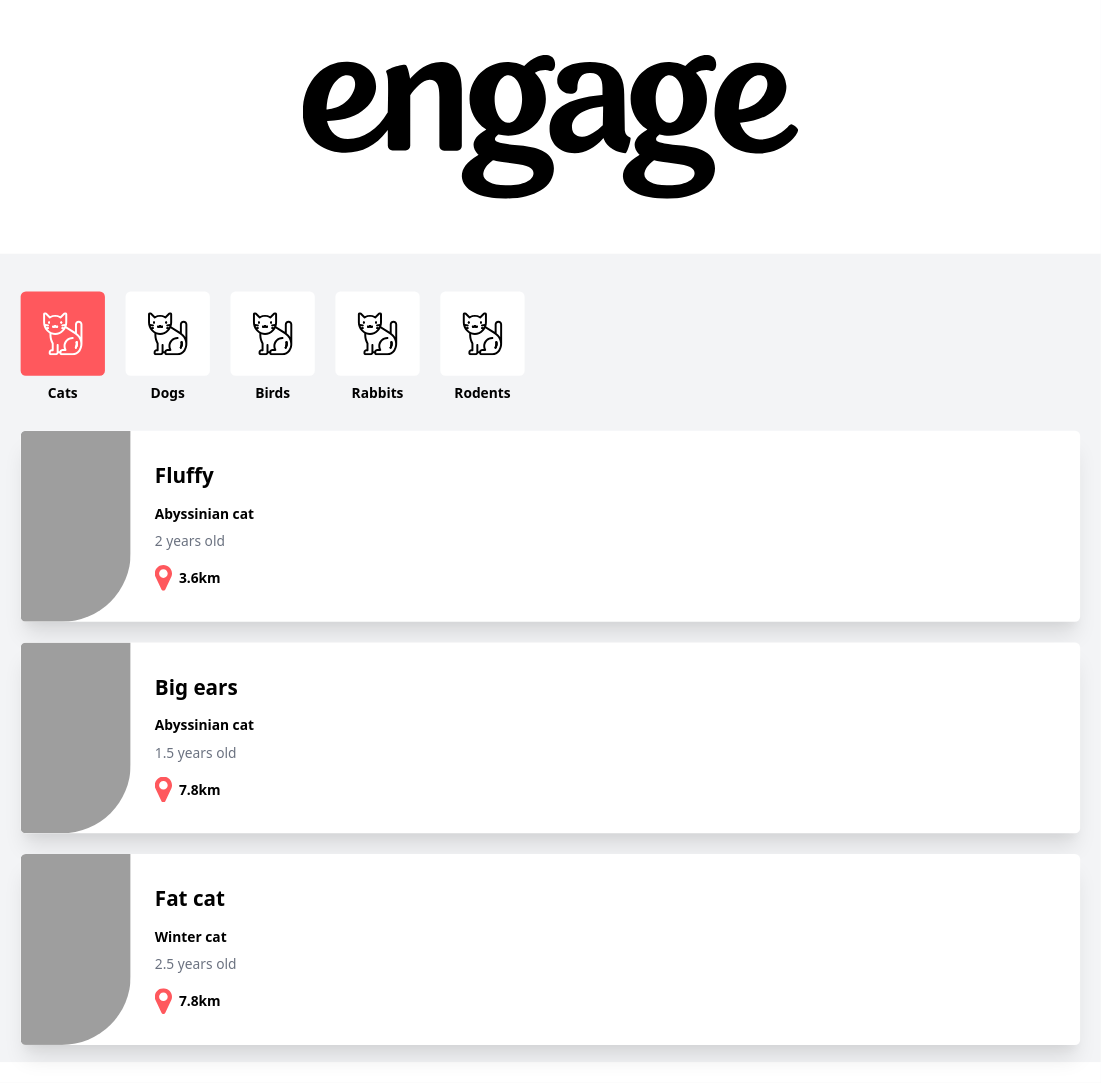
Repository: DaveBaulch/engage-tech-test
Page: /
The author's editor kept a copy of each file at every save. The page is drawn from the files as they stood at one save, then again after a run of saves.
The browser window is 1280 px wide. The pictures show the whole page, at 86% of full size.
Pictures or frames that could not be fetched are drawn as grey boxes. The project was rebuilt for these pictures with package versions that can differ from the ones it lists, and the page was loaded fresh each time. Also part of the build but not shown: src/store/index.js.

Above is the page before, as saved 2021-05-26 09:33:10.

### src/main.js
import Vue from "vue";
import App from "./App.vue";
import router from "./router";
import store from "./store";
import "./tailwind.css";
import VueMeta from "vue-meta";
import gsap from "gsap";

Vue.config.productionTip = false;
Vue.use(VueMeta);

const animationIsOkay = window.matchMedia(
  "(prefers-reduced-motion:no-preference)"
).matches;

if (animationIsOkay) {
  // setup types
  const setups = {
    hide: {
      opacity: 0,
    },
  };
  setups.hideLeft = { ...setups.hide, x: -40 };
  setups.hideRight = { ...setups.hide, x: 40 };
  setups.hideUp = { ...setups.hide, y: -40 };
  setups.hideDown = { ...setups.hide, y: 40 };
  setups.hideDownFar = { ...setups.hide, y: 100 };

  // animation types
  const animations = {
    appear: {
      duration: 0.6,
      opacity: 1,
      delay: 0,
      x: 0,
      y: 0,
    },
  };
  animations.appearLong = { ...animations.appear, duration: 0.9 };
  animations.appearLongDelay = { ...animations.appearLong, delay: 0.6 };
  animations.appearShort = { ...animations.appear, duration: 0.3 };
  animations.appearShortDelay = { ...animations.appear, delay: 0.3 };
  animations.appearDelay = { ...animations.appear, delay: 0.6 };

  /**
   * v-animate directive
   * v-animate:appear
   * v-animate="{duration: 1, opacity: 1}"
   * v-animate:appear="{duration: 0.2}"
   * v-animate:appear.hide
   * v-animate.hide="{duration: 1, opacity: 1}"
   * v-animate:appear.hide="{duration: 0.2}"
   */

  Vue.directive("animate", {
    // apply setups
    bind(el, binding) {
      let setup = Object.keys(binding.modifiers);
      if (!setup.length) {
        // check for dynamic modifier
        setup = binding.arg.split(".").slice(1);
        setup = binding.arg;
      }
      if (setup.length) {
        setup.forEach((setup) => {
          gsap.set(el, setups[setup]);
        });
      }
    },

    // apply animation
    inserted(el, binding) {
      if (!binding.arg && !binding.value) {
        return; // there is no animation, only a setup
      }

      // remove any dynamic modifiers from the arg
      let arg;
      if (binding.arg) {
        [arg] = binding.arg.split(".");
      }

      // get the animation data from the argument or the value if set
      let animation = arg ? { ...animations[arg] } : binding.value;

      // override default options of animation when both argument and value exist
      if (arg && binding.value) {
        animation = { ...animation, ...binding.value };
      }

      // run gsap on element with animation data
      if (el.nodeName === "IMG" && !el.complete) {
        el.addEventListener("load", () => gsap.to(el, animation));
      } else {
        gsap.to(el, animation);
      }
    },
  });
}

new Vue({
  router,
  store,
  created() {
    const html = document.documentElement; // returns the html tag
    html.setAttribute("lang", "en");
  },
  render: (h) => h(App),
}).$mount("#app");

### src/App.vue
<template>
  <div id="app">
    <transition name="slide" mode="out-in">
      <router-view></router-view>
    </transition>
  </div>
</template>

<script>
export default {
  name: "App",
};
</script>

<style>
.slide-enter-active {
  animation: slide-in 200ms ease-out forwards;
}

.slide-leave-active {
  animation: slide-out 200ms ease-out forwards;
}

@keyframes slide-in {
  from {
    opacity: 0;
    transform: translateY(-30px);
  }
  to {
    opacity: 1;
    transform: translateY(0);
  }
}

@keyframes slide-out {
  from {
    opacity: 1;
    transform: translateY(0);
  }
  to {
    opacity: 0;
    transform: translateY(-30px);
  }
}

/* If animations are reduced at the OS level, use simpler transitions */
@media screen and (prefers-reduced-motion: reduce) {
  .slide-enter-active,
  .slide-leave-active {
    animation: none !important;
  }
}
</style>

### src/router/index.js
import Vue from 'vue';
import VueRouter from 'vue-router';
import Index from '../views/Index.vue';

Vue.use(VueRouter);

const routes = [
  {
    path: '/index/:categoryId',
    name: 'index',
    component: Index
  },
  {
    path: '/detail/:itemId',
    name: 'detail',
    // route level code-splitting
    // this generates a separate chunk (about.[hash].js) for this route
    // which is lazy-loaded when the route is visited.
    component: () =>
      import(/* webpackChunkName: "about" */ '../views/Detail.vue')
  },
  {
    path: '/enquire/:itemId',
    name: 'enquire',
    component: () =>
      import(/* webpackChunkName: "about" */ '../views/Enquire.vue')
  },
  { path: '*', redirect: '/index/cats' }
];

const router = new VueRouter({
  mode: 'history',
  base: process.env.BASE_URL,
  routes
});

export default router;

### src/views/Index.vue
<template>
  <div>
    <TheHeader />
    <main class="bg-gray-100" role="main">
      <TheNavigation />
      <TheItemList />
    </main>
  </div>
</template>

<script>
// @ is an alias to /src
import TheHeader from "@/components/global/TheHeader.vue";
import TheNavigation from "@/components/global/TheNavigation.vue";
import TheItemList from "@/components/ItemList.vue";

export default {
  name: "Home",
  components: {
    TheHeader,
    TheNavigation,
    TheItemList,
  },
  metaInfo() {
    return {
      title: "Index",
    };
  },
};
</script>

### src/components/global/TheHeader.vue
<template>
  <header class="p-16">
    <h1>
      <TheLogo
        width="50%"
        class="flex justify-center motion-reduce:transition-none"
        v-animate:appearShortDelay.hideUp
      />
    </h1>
  </header>
</template>

<script>
import TheLogo from "@/components/global/TheLogo";

export default {
  name: "TheHeader",
  components: {
    TheLogo,
  },
};
</script>

### src/components/global/TheNavigation.vue
<template>
  <nav aria-label="Categories">
    <ul class="flex items-start p-6 overflow-x-scroll mr-6" role="list">
      <TheNavigationItem
        v-for="item in navData"
        :itemData="item"
        :key="item.id"
      >
        <component :is="item.icon" width="50" height="50"></component>
      </TheNavigationItem>
    </ul>
  </nav>
</template>

<script>
import TheNavigationItem from "@/components/global/NavigationItem";
import IconCat from "@/assets/icon-cat";
import gsap from "gsap";

export default {
  name: "TheNavigation",
  components: {
    TheNavigationItem,
    IconCat,
  },
  computed: {
    navData() {
      return this.$store.getters["getCategorys"];
    },
  },
  mounted() {
    const animationIsOkay = window.matchMedia(
      "(prefers-reduced-motion:no-preference)"
    ).matches;

    if (animationIsOkay) {
      gsap.fromTo(
        ".nav-item",
        {
          y: 0,
          opacity: 0,
        },
        {
          y: 20,
          opacity: 1,
          duration: 0.5,
          stagger: {
            each: 0.25,
          },
        }
      );
    }
  },
};
</script>

### src/components/ItemList.vue
<template>
  <nav aria-live="polite" aria-label="Category items">
    <ul class="m-6 pt-6" role="list">
      <ItemListItem
        v-for="item in categoryItems"
        :itemData="item"
        :key="item.id"
        motion-reduce:transition-none
        motion-reduce:transform-none
      />
    </ul>
  </nav>
</template>

<script>
import ItemListItem from "@/components/ItemListItem";
import gsap from "gsap";

export default {
  name: "ItemList",
  components: {
    ItemListItem,
  },
  computed: {
    categoryItems() {
      return this.$store.getters.getCategoryItems(
        this.$route.params.categoryId
      );
    },
  },
  methods: {
    forceRerender() {
      const animationIsOkay = window.matchMedia(
        "(prefers-reduced-motion:no-preference)"
      ).matches;

      if (animationIsOkay) {
        gsap.fromTo(
          ".list-item",
          {
            y: 0,
            opacity: 0,
          },
          {
            y: -20,
            opacity: 1,
            duration: 1,
            stagger: {
              each: 0.5,
            },
          }
        );
      }
    },
  },
  mounted() {
    this.forceRerender();
  },
  updated() {
    this.forceRerender();
  },
};
</script>

### src/components/ui/BasePin.vue
<template>
  <div class="flex items-center mt-4">
    <img :src="pin" alt="" role="presentation" width="20" />
    <p v-html="location" class="font-semibold ml-2" />
  </div>
</template>

<script>
import mapPin from "@/assets/icon-map-pin.svg";

export default {
  name: "BasePin",
  props: {
    location: {
      type: String,
      default: "",
      required: true,
    },
  },
  data() {
    return {
      pin: mapPin,
    };
  },
};
</script>

### src/components/global/TheLogo.vue
<template>
  <router-link to="/"
    ><img :src="logo" :alt="alt" :width="width"
  /></router-link>
</template>

<script>
import logo from '@/assets/logo.svg';

export default {
  name: 'TheLogo',
  props: {
    src: {
      type: String,
      default: logo,
      required: false
    },
    alt: {
      type: String,
      default: 'Engage',
      required: false
    },
    width: {
      type: String,
      default: '100%',
      required: false
    }
  },

  data() {
    return {
      logo: this.src || logo
    };
  }
};
</script>

### src/components/global/NavigationItem.vue
<template>
  <li class="nav-item mr-6">
    <router-link
      :to="{ name: 'index', params: { categoryId: itemData.categoryId } }"
    >
      <div class="flex flex-col bg-white p-6 mb-2 rounded-md">
        <slot></slot>
      </div>
      <span class="flex justify-center font-semibold">
        {{ itemData.title }}
      </span>
    </router-link>
  </li>
</template>

<script>
export default {
  name: "NavigationItem",

  props: {
    itemData: {
      type: Object,
      required: true,
    },
  },
};
</script>

<style>
.router-link-active div {
  background-color: #ff585d;
}

.router-link-active svg {
  fill: #ffffff !important;
}
</style>

### src/assets/icon-cat.vue
<template>
  <svg
    xmlns="http://www.w3.org/2000/svg"
    viewBox="0 0 512 512"
    width="50px"
    height="50px"
  >
    <circle cx="93.001" cy="122.066" r="11.429" />

    <path
      d="M199.706,166.954c-2.863-5.06-9.291-6.825-14.339-3.95c-1.017,0.573-2.676,1.18-4.78,0.736
			c-2.384-0.503-4.347-2.255-5.095-4.569l-0.012,0.012c-1.017-3.085-3.412-5.656-6.72-6.743c-5.528-1.8-11.465,1.215-13.264,6.731
			c-0.76,2.314-2.711,4.067-5.107,4.569c-2.092,0.444-3.751-0.164-4.78-0.736c-5.049-2.875-11.464-1.11-14.339,3.95
			c-2.863,5.049-1.099,11.465,3.95,14.339c4.219,2.396,8.964,3.635,13.755,3.635c1.905,0,3.833-0.199,5.738-0.596
			c3.95-0.83,7.608-2.513,10.763-4.838c3.167,2.326,6.837,4.008,10.798,4.838c1.893,0.397,3.822,0.596,5.738,0.596
			c4.78,0,9.525-1.239,13.743-3.635C200.805,178.419,202.581,172.003,199.706,166.954z"
    />

    <circle cx="237.985" cy="122.066" r="11.429" />

    <path
      d="M423.791,344.933c-0.729-0.191-1.481-0.313-2.246-0.359c-1.147-0.069-2.324,0.031-3.499,0.32
				c-6.264,1.543-10.097,7.877-8.555,14.141c4.85,19.657,1.858,40.12-8.414,57.603c-3.272,5.563-1.414,12.727,4.16,15.987
				c1.858,1.099,3.892,1.613,5.902,1.613c4.008,0,7.912-2.057,10.086-5.761c1.254-2.135,2.426-4.305,3.513-6.504
				c1.087-2.199,2.09-4.429,3.009-6.684c0.612-1.503,1.187-3.018,1.724-4.544c2.417-6.864,4.068-13.936,4.939-21.109
				c0.097-0.797,0.184-1.595,0.261-2.394c0.155-1.599,0.271-3.201,0.349-4.807c0.155-3.212,0.155-6.436-0.002-9.664
				c-0.078-1.614-0.196-3.228-0.353-4.842c-0.235-2.421-0.559-4.841-0.972-7.255c-0.275-1.61-0.59-3.217-0.945-4.821
				c-0.177-0.802-0.365-1.603-0.562-2.403c-0.328-1.332-0.883-2.545-1.598-3.629c-0.336-0.509-0.698-0.996-1.104-1.441
				c-0.254-0.279-0.521-0.544-0.799-0.796c-0.445-0.402-0.926-0.758-1.425-1.087C426.199,345.795,425.031,345.258,423.791,344.933z"
    />
    <path
      d="M490.036,373.97c0.012-0.222,0.035-0.456,0.035-0.69V145.848c0-11.862-4.616-23.011-12.995-31.367
				c-8.391-8.368-19.517-12.984-31.355-12.984c-24.46,0-44.351,19.891-44.351,44.351v88.432L300.106,170.32
				c5.843-16.455,8.952-33.739,8.952-50.965V24.273C309.058,10.892,298.166,0,284.785,0c-6.159,0-12.037,2.314-16.536,6.509
				c-0.105,0.094-0.199,0.187-0.304,0.292l-41.405,41.406c-18.605-10.436-39.512-15.917-61.051-15.917
				c-21.538,0-42.457,5.481-61.051,15.917L63.032,6.802c-0.105-0.105-0.199-0.199-0.304-0.292C58.229,2.314,52.351,0,46.192,0
				C32.811,0,21.919,10.892,21.919,24.273v95.082c0,38.133,15.204,76.617,41.698,105.588c10.506,11.488,22.251,21.001,34.861,28.398
				c-0.619,7.573-0.83,15.263-0.619,22.952c0.923,34.452,10.202,68.331,26.821,98.296v66.368h-0.444
				c-19.587,0-35.527,15.929-35.527,35.515v13.077c0,12.376,10.074,22.45,22.438,22.45h60.49c15.228,0,28.223-9.77,33.05-23.373
				h12.224v0.257c0,12.738,10.366,23.116,23.104,23.116h133.648c34.522,0,67.315-16.653,87.696-44.526
				c0.012,0,0.012-0.012,0.012-0.012c2.185-2.968,4.254-6.124,6.159-9.396c0.035-0.047,0.058-0.093,0.094-0.14
				c0.07-0.128,0.152-0.257,0.234-0.397C483.596,431.293,490.725,402.415,490.036,373.97z M80.854,209.166
				c-2.419-2.653-4.721-5.399-6.918-8.227l8.449-0.713c6.428-0.549,11.207-6.206,10.658-12.633
				c-0.538-6.439-6.194-11.207-12.633-10.658l-20.603,1.741c-2.115-4.16-3.997-8.426-5.668-12.762l25.734,3.412
				c0.514,0.07,1.028,0.093,1.543,0.093c5.773,0,10.798-4.266,11.57-10.144c0.853-6.404-3.646-12.283-10.05-13.124l-35.656-4.733
				c-1.297-7.304-1.987-14.69-1.987-22.064V24.273c0-0.491,0.409-0.9,0.9-0.9c0.082,0,0.304,0,0.538,0.175l47.693,47.705
				c3.95,3.938,10.121,4.546,14.76,1.449c16.688-11.149,36.158-17.039,56.306-17.039c20.136,0,39.617,5.89,56.306,17.039
				c4.64,3.097,10.81,2.489,14.76-1.449l47.693-47.705c0.234-0.175,0.456-0.175,0.538-0.175c0.491,0,0.9,0.409,0.9,0.9v95.082
				c0,7.374-0.678,14.76-1.987,22.064l-35.667,4.733c-6.393,0.841-10.892,6.72-10.05,13.124c0.783,5.878,5.797,10.144,11.57,10.144
				c0.514,0,1.028-0.035,1.554-0.094l25.734-3.412c-1.659,4.336-3.553,8.601-5.668,12.762l-20.615-1.741
				c-6.439-0.549-12.084,4.219-12.633,10.658c-0.538,6.428,4.231,12.084,10.658,12.633l8.461,0.713
				c-2.197,2.828-4.499,5.574-6.918,8.227c-23.174,25.325-53.232,39.267-84.634,39.267S104.029,234.491,80.854,209.166z
				 M447.871,445.41l-5.539,8.484c-16.022,21.749-41.674,34.732-68.67,34.732H240.282V475c0-7.514,6.1-13.627,13.615-13.627h34.581
				c4.125,0,7.935-2.174,10.05-5.726c2.104-3.541,2.185-7.935,0.21-11.558c-6.766-12.411-10.343-26.505-10.343-40.739
				c0-47.027,38.25-85.277,85.265-85.277c6.451,0,11.687-5.236,11.687-11.687c0-6.463-5.236-11.687-11.687-11.687
				c-59.905,0-108.638,48.733-108.638,108.65c0,11.803,1.928,23.525,5.656,34.651h-16.782c-17.027,0-31.39,11.57-35.679,27.253
				h-11.523v-74.712c0-6.463-5.236-11.687-11.687-11.687c-6.463,0-11.687,5.224-11.687,11.687v86.399
				c0,6.439-5.247,11.687-11.687,11.687h-59.555v-12.154c0-6.696,5.458-12.142,12.154-12.142h12.131
				c6.451,0,11.687-5.236,11.687-11.687v-77.949c0.631-2.781,0.269-5.797-1.274-8.461c-15.87-27.405-24.705-58.725-25.547-90.571
				c-0.105-3.88-0.082-7.76,0.047-11.616c14.164,5.107,29.041,7.76,44.21,7.76c38.051,0,74.221-16.642,101.872-46.863
				c9.151-10.004,16.946-21.129,23.233-32.991l110.8,69.979C465.05,302.109,485.431,382.677,447.871,445.41z M466.698,295.413
				L466.698,295.413c-10.6-17.284-24.67-32.898-41.955-45.765v-103.8c0-11.57,9.408-20.977,20.977-20.977
				c5.598,0,10.868,2.185,14.842,6.147c3.95,3.95,6.135,9.221,6.135,14.83V295.413z"
    />

    <circle cx="93.001" cy="122.066" r="11.429" />

    <path
      d="M199.706,166.954c-2.863-5.06-9.291-6.825-14.339-3.95c-1.017,0.573-2.676,1.18-4.78,0.736
			c-2.384-0.503-4.347-2.256-5.095-4.569l-0.012,0.012c-1.017-3.085-3.412-5.656-6.72-6.743c-5.528-1.8-11.465,1.215-13.264,6.732
			c-0.76,2.314-2.711,4.067-5.107,4.569c-2.092,0.444-3.751-0.164-4.78-0.736c-5.049-2.875-11.464-1.11-14.339,3.95
			c-2.863,5.049-1.099,11.465,3.95,14.339c4.219,2.396,8.964,3.635,13.755,3.635c1.905,0,3.833-0.199,5.738-0.596
			c3.95-0.83,7.608-2.513,10.763-4.838c3.167,2.326,6.837,4.008,10.798,4.838c1.893,0.397,3.822,0.596,5.738,0.596
			c4.78,0,9.525-1.239,13.743-3.635C200.805,178.419,202.581,172.003,199.706,166.954z"
    />

    <circle cx="237.985" cy="122.066" r="11.429" />

    <path
      d="M432.187,353.448c-1.543-6.264-7.877-10.097-14.141-8.555c-6.264,1.543-10.097,7.877-8.555,14.141
			c4.85,19.657,1.858,40.12-8.414,57.603c-3.272,5.563-1.414,12.727,4.16,15.987c1.858,1.099,3.892,1.613,5.902,1.613
			c4.008,0,7.912-2.057,10.086-5.761C434.606,405.699,438.498,379.054,432.187,353.448z"
    />

    <circle cx="93.001" cy="122.066" r="11.429" />

    <circle cx="237.985" cy="122.066" r="11.429" />

    <path
      d="M199.706,166.954c-2.863-5.06-9.291-6.825-14.339-3.95c-1.017,0.573-2.676,1.18-4.78,0.736
			c-2.384-0.503-4.347-2.256-5.095-4.569l-0.012,0.012c-1.017-3.085-3.412-5.656-6.72-6.743c-5.528-1.8-11.465,1.215-13.264,6.732
			c-0.76,2.314-2.711,4.067-5.107,4.569c-2.092,0.444-3.751-0.164-4.78-0.736c-5.049-2.875-11.464-1.11-14.339,3.95
			c-2.863,5.049-1.099,11.465,3.95,14.339c4.219,2.396,8.964,3.635,13.755,3.635c1.905,0,3.833-0.199,5.738-0.596
			c3.95-0.83,7.608-2.513,10.763-4.838c3.167,2.326,6.837,4.008,10.798,4.838c1.893,0.397,3.822,0.596,5.738,0.596
			c4.78,0,9.525-1.239,13.743-3.635C200.805,178.419,202.581,172.003,199.706,166.954z"
    />

    <path
      d="M432.187,353.448c-1.543-6.264-7.877-10.097-14.141-8.555c-6.264,1.543-10.097,7.877-8.555,14.141
			c4.85,19.657,1.858,40.12-8.414,57.603c-3.272,5.563-1.414,12.727,4.16,15.987c1.858,1.099,3.892,1.613,5.902,1.613
			c4.008,0,7.912-2.057,10.086-5.761C434.606,405.699,438.498,379.054,432.187,353.448z"
    />
  </svg>
</template>

### src/components/ItemListItem.vue
<template>
  <li class="mb-6">
    <router-link
      :to="{ name: 'detail', params: { itemId: itemData.id } }"
      class="list-item"
    >
      <article class="flex bg-white rounded-md shadow-xl">
        <div
          class="
            overflow-hidden
            rounded-tl-md rounded-bl-md rounded-br-md rounded-br-card
            w-32
          "
        >
          <img
            :src="itemData.image"
            :alt="itemData.name"
            class="object-cover h-full"
          />
        </div>
        <div class="p-7 flex-1">
          <dl>
            <dt>
              <h2 class="text-2xl font-bold mt-2">{{ itemData.name }}</h2>
            </dt>
            <dd class="text-l font-semibold mt-4">
              <p v-html="itemData.type" />
            </dd>
            <dd class="mt-2">
              <p class="text-gray-500" v-html="itemData.age" />
            </dd>
            <dd>
              <MapPin :location="itemData.location" />
            </dd>
          </dl>
        </div>
      </article>
    </router-link>
  </li>
</template>

<script>
import MapPin from "@/components/ui/BasePin";

export default {
  name: "BaseCard",
  components: {
    MapPin,
  },
  props: {
    itemData: {},
  },
};
</script>

### tailwind.config.js
module.exports = {
  purge: ["./index.html", "./src/**/*.{vue,js,ts,jsx,tsx}"],
  darkMode: false, // or 'media' or 'class'
  theme: {
    borderRadius: {
      none: "0",
      sm: "0.125rem",
      md: "0.375rem",
      lg: "0.5rem",
      full: "9999px",
      large: "12px",
      card: "5rem",
    },
    extend: {
      colors: {
        "brand-red": "#ff585d",
      },
    },
  },
  variants: {
    transitionProperty: ["responsive", "motion-safe", "motion-reduce"],
  },
  plugins: [],
};

Loaded but not shown: public/index.html (common file); src/tailwind.css (common file); src/assets/css/tailwind.css (common file)

After the next 2 saves:
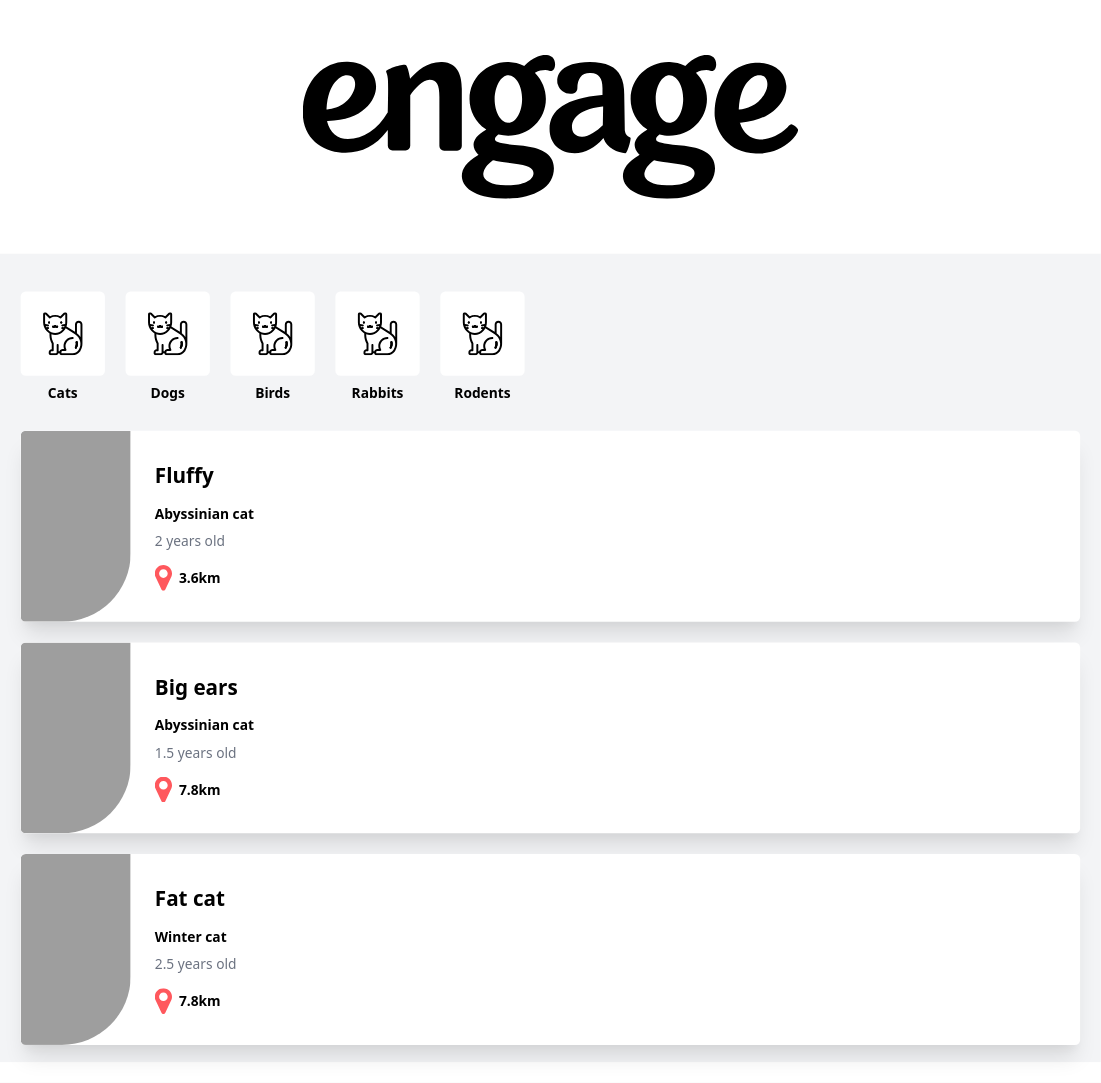
The 2 saves are shown as one change because they came seconds apart.
The last was saved 73 s later.
--- a/src/components/global/NavigationItem.vue
+++ b/src/components/global/NavigationItem.vue
@@ -28,10 +28,10 @@ export default {
 
 <style>
 .router-link-active div {
-  background-color: #ff585d;
+  /deep/ background-color: #ff585d;
 }
 
 .router-link-active svg {
-  fill: #ffffff !important;
+  /deep/ fill: #ffffff !important;
 }
 </style>
